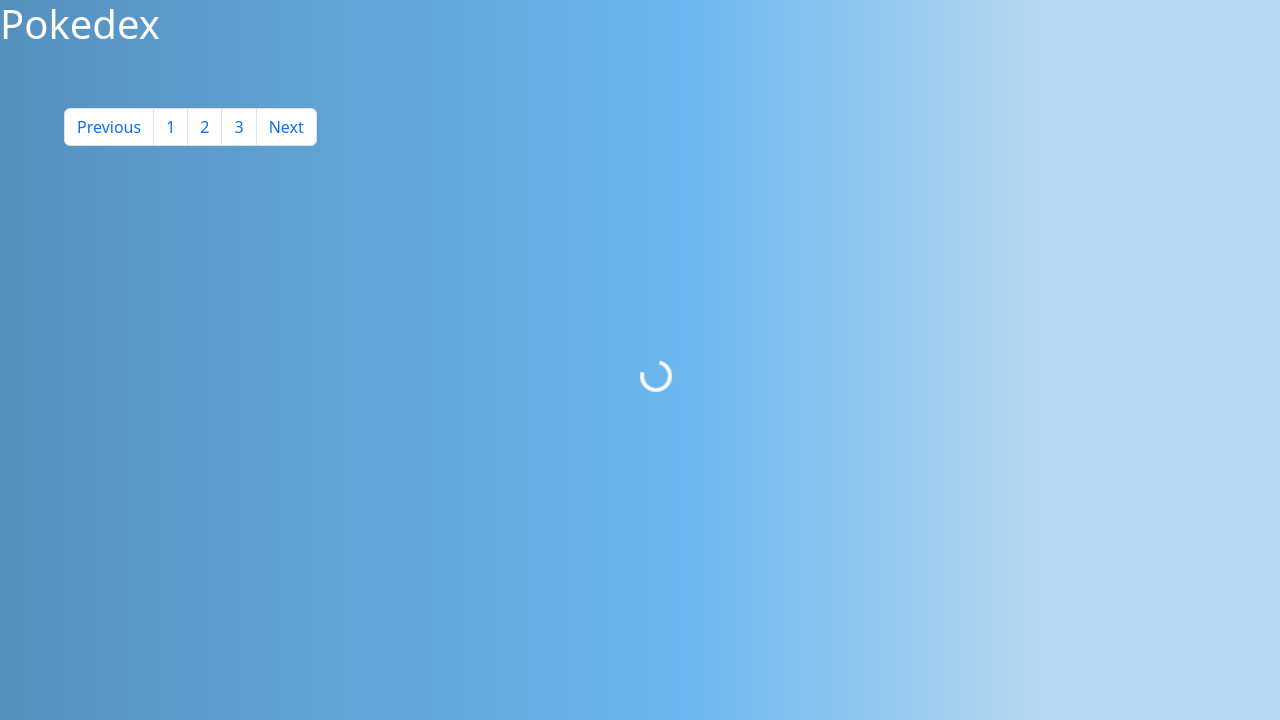
Repository: leyvamn2/Pokedex
Page: index.html
These files come from the project's save history. The page is drawn as it stood at one moment and after the next save; the edit follows.
The browser window is 1280 px wide. The pictures show the whole page.
The page's requests for data from a server got no answer.

Above is the page before, as saved 2022-12-08 15:45:54.

### index.html
<!DOCTYPE html>
<html lang="en">
    <head>
        <meta charset="UTF-8">
        <meta http-equiv="X-UA-Compartible" content="IE-edge">
        <meta name="viewport" content="width=device-width, initial-scale=1.0">
        <title>Pokedex</title>
        <link rel="stylesheet" href="./style.css">
        <link href="https://cdn.jsdelivr.net/npm/bootstrap@5.2.3/dist/css/bootstrap.min.css" rel="stylesheet" integrity="sha384-rbsA2VBKQhggwzxH7pPCaAqO46MgnOM80zW1RWuH61DGLwZJEdK2Kadq2F9CUG65" crossorigin="anonymous">
        <link rel="preconnect" href="https://fonts.googleapis.com"><link rel="preconnect" href="https://fonts.gstatic.com" crossorigin><link href="https://fonts.googleapis.com/css2?family=Oswald:wght@400;700&display=swap" rel="stylesheet">
        <!-- JavaScript Bundle with Popper -->
        <script src="https://cdn.jsdelivr.net/npm/bootstrap@5.2.3/dist/js/bootstrap.bundle.min.js" integrity="sha384-kenU1KFdBIe4zVF0s0G1M5b4hcpxyD9F7jL+jjXkk+Q2h455rYXK/7HAuoJl+0I4" crossorigin="anonymous"></script>
    </head>
    <body>
        <h1 class="title">Pokedex</h1>
        <div class="pokemon-container">

        </div>
        <nav aria-label="Page navigation example">
            <ul class="pagination">
              <li class="page-item"><a class="page-link" href="#">Previous</a></li>
              <li class="page-item"><a class="page-link" href="#">1</a></li>
              <li class="page-item"><a class="page-link" href="#">2</a></li>
              <li class="page-item"><a class="page-link" href="#">3</a></li>
              <li class="page-item"><a class="page-link" href="#">Next</a></li>
            </ul>
          </nav>

        <div id="spinner" class="spinner-border text-light" role="status">
            <span class="visually-hidden">Loading...</span>
        </div>

        <script src="./main.js"></script>
    </body>

</html>

### style.css
body {
    background: rgb(85, 144, 189);
    background: linear-gradient(
      90deg,
      rgba(85, 144, 189, 1) 0%,
      rgba(108, 183, 240, 1) 54%,
      rgba(182, 216, 242, 1) 82%
    );
    text-align: center;
    font-family: Arial, Helvetica, sans-serif;
    font-family: "Oswald", sans-serif;
  }

  h1 {
    color: white;
  }

  .pokemon-container {
    display: grid;
    grid-template-columns: 1fr 1fr 1fr;
    gap: 30px;
    width: 80%;
    margin-left: auto;
    margin-right: auto;
    margin-bottom: 40px;
    margin-top: 20px;
  }

  .pokemon-block,
  .pokemon-block-back {
    border-radius: 10px;
    padding: 10px;
    background-color: white;
    box-shadow: 0 3px 15px rgba(100, 100, 100, 0.5);
  }

  .img-container {
    background-image: url("./blob.svg");
    background-repeat: no-repeat;
    background-position: center;
  }

  .pokemon-block p {
    margin: 5px;
  }

  .name {
    text-transform: capitalize;
    font-weight: bold;
    font-size: 1.2rem;
  }

  #spinner {
    display: none;
    position: absolute;
    top: 50%;
    left: 50%;
  }

  .pagination {
    width: 90%;
    margin-left: auto;
    margin-right: auto;
    margin-bottom: 50px;
  }

  .card-container {
    position: relative;
    width: 100%;
    height: 100%;
    text-align: center;
    transition: transform 0.8s;
    transform-style: preserve-3d;
  }

  .flip-card:hover .card-container {
    transform: rotateY(180deg);
  }

  .pokemon-block,
  .pokemon-block-back {
    width: 100%;
    height: 100%;
    backface-visibility: hidden;
  }

  .pokemon-block-back {
    transform: rotateY(180deg);
    position: absolute;
    top: 0%;
  }

  .stat-container {
    display: grid;
    grid-template-columns: 1fr 2fr;
    text-align: left;
  }

### main.js
const pokemonContainer = document.querySelector('.pokemon-container');
const spinner = document.querySelector("#spinner");

function fetchPokemon(id){
    fetch(`https://pokeapi.co/api/v2/pokemon/${id}/`)
    .then(res=> res.json())
    .then(data =>{
        createPokemon(data);
        spinner.style.display="none";
    });
}

function fetchPokemons(number){
    spinner.style.display="block";
    for(let i=1;i<number;i++){
        fetchPokemon(i);
    }

}
function createPokemon(pokemon){
    const card= document.createElement('div');
    card.classList.add('pokemon-block');
    const spriteContainer=document.createElement('div');
    spriteContainer.classList.add('img-container');

    const sprite=document.createElement('img');
    sprite.src=pokemon.sprites.front_default
    spriteContainer.appendChild(sprite);
    const number = document.createElement('p');
    number.textContent= `#${pokemon.id.toString().padStart(3,0)}`;
    const name=document.createElement('p');
    name.classList.add('name');
    name.textContent=pokemon.name
    card.appendChild(sprite);
    card.appendChild(number);
    card.appendChild(name);

    pokemonContainer.appendChild(card);


}
fetchPokemons(9)

After the next save:
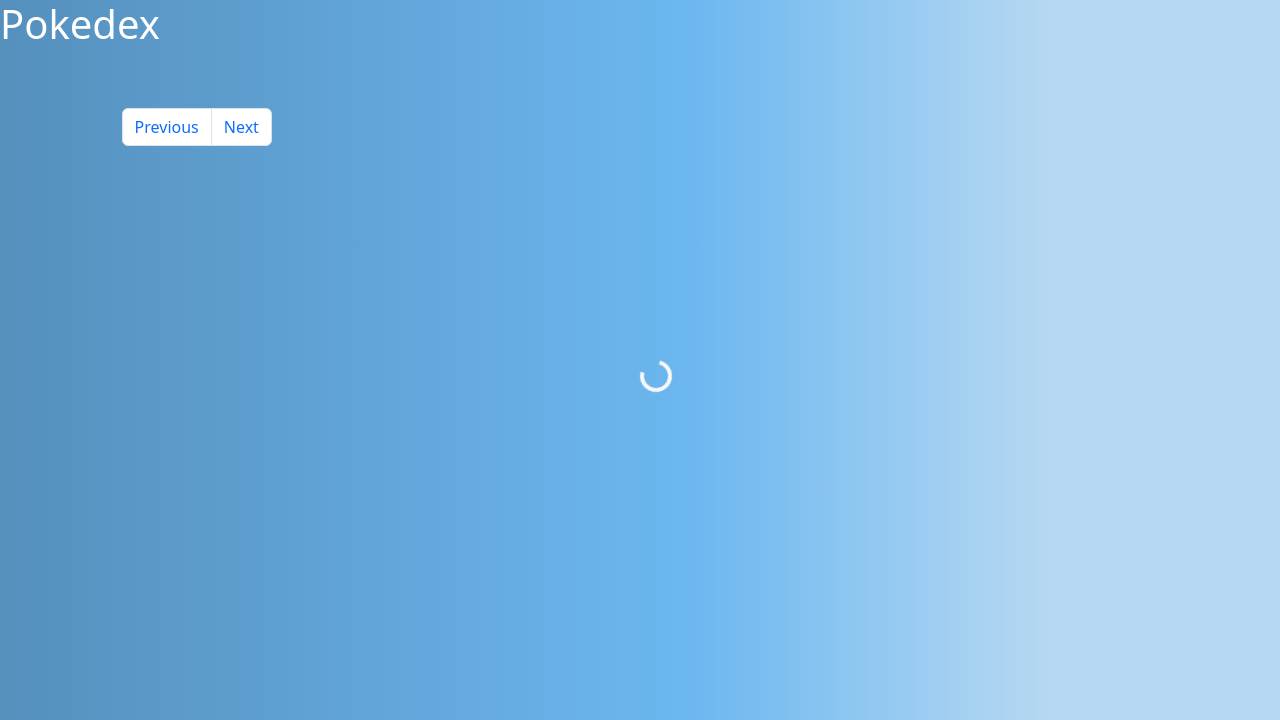
Saved 2 min 45 s later.
--- a/index.html
+++ b/index.html
@@ -16,13 +16,10 @@
         <div class="pokemon-container">
 
         </div>
-        <nav aria-label="Page navigation example">
+        <nav class="pagination">
             <ul class="pagination">
-              <li class="page-item"><a class="page-link" href="#">Previous</a></li>
-              <li class="page-item"><a class="page-link" href="#">1</a></li>
-              <li class="page-item"><a class="page-link" href="#">2</a></li>
-              <li class="page-item"><a class="page-link" href="#">3</a></li>
-              <li class="page-item"><a class="page-link" href="#">Next</a></li>
+              <li id="previous"class="page-item"><a class="page-link" href="#">Previous</a></li>
+              <li id="next" class="page-item"><a class="page-link" href="#">Next</a></li>
             </ul>
           </nav>
 
